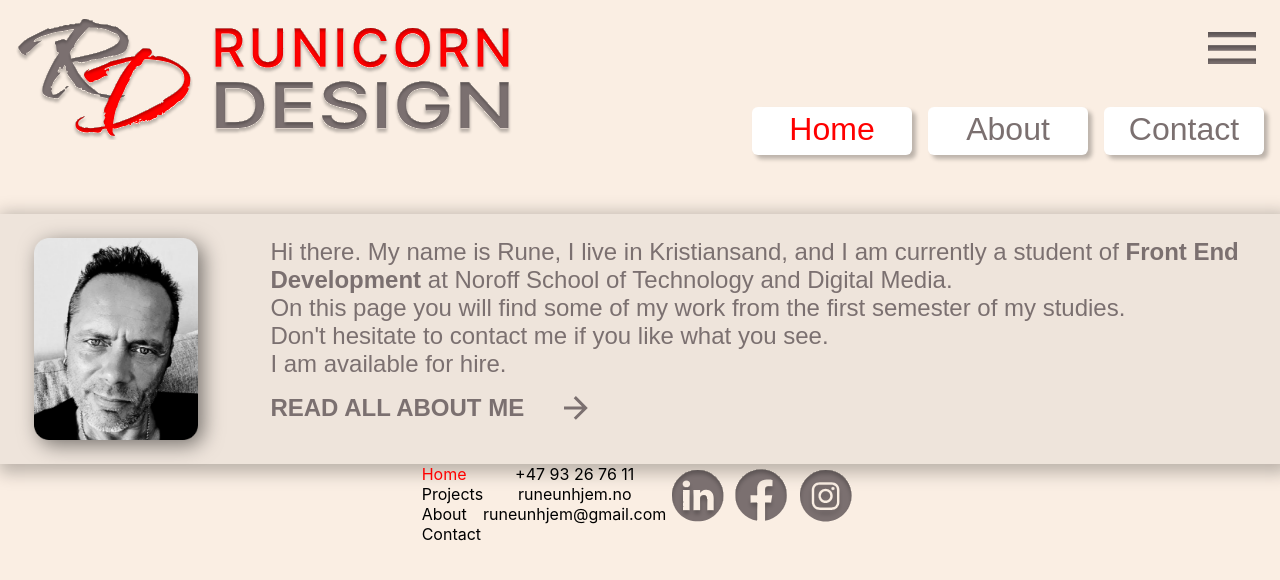
Repository: runeunhjem/portfolio1-ca
Page: index.html
These files come from the project's save history. The page is drawn as it stood at one moment and after the next save; the edit follows.
The browser window is 1280 px wide. The pictures show the whole page.
Some web fonts or font styles are not loaded; a fallback is used. The style sheet was rebuilt from its Sass, Less or Tailwind sources for each picture, by a compiler version that may differ from the author's.

Above is the page before, as saved 2023-06-01 10:52:59.

### index.html
<!DOCTYPE html>
<html lang="en">
<head>
  <meta charset="UTF-8">
  <meta http-equiv="X-UA-Compatible" content="IE=edge">
  <meta name="viewport" content="width=device-width, initial-scale=1.0">
  <meta name="keywords" content="Works, Projects, Overviev, About me, Rune Unhjem, Runicorn Design, Front End Developer">
  <meta name="description" content="Portfolio 1, Course Assignment, My Work, Projects">
  <link rel="stylesheet" href="css/styles.css">
  <link rel="stylesheet" href="css/media-queries.css">
  <title>Portfolio 1 - Course Assignment</title>
</head>
<body class="flex-column">
  <header class="header flex">
    <div class="header-left flex">
      <a class="logos-left flex" href="index.html">
        <span class="out-of-view">Runicorn Design</span>
        <!-- <img class="header-img" src="images/logo-header-rd.svg" alt="Runicorn Design Logo">
        <img class="header-img" src="images/logo-header-runicorn-design.svg" alt="Runicorn Design Logo"> -->
      </a>
    </div>
    <div class="header-right flex-column">
      <nav class="hamburger flex">
        <!-- <img src="images/ico-menu-dark.svg" alt="Hamburger Menu"> -->
      </nav>
      <nav class="navbar flex">
        <button class="nav-button active">Home</button>
        <button class="nav-button">About</button>
        <button class="nav-button">Contact</button>
      </nav>
    </div>
  </header>
  <main class="index flex-column">
    <section class="intro flex">
      <div class="intro-left flex"></div>
      <div class="intro-right flex-column">
        <p>Hi there. My name is Rune, I live in Kristiansand, and I am currently a student of <b>Front End Development</b> at Noroff School of Technology and Digital Media.</p>
        <p class="desktop tablet">On this page you will find some of my work from the first semester of my studies.</p>
        <p class="desktop tablet-wide">Don't hesitate to contact me if you like what you see.</p>
        <p class="desktop tablet-wide">I am available for hire.</p>
        <div>
          <span class="read-about-me">READ ALL ABOUT ME
            <img class="arrow-big" src="images/ico-arrow-right-dark.svg" alt="Read all about me">
          </span>
        </div>
      </div>
    </section>
  </main>
  <footer class="footer-container flex">
    <div class="footer-left flex-column">
      <nav class="footer-nav" aria-label="Footer navigation">
        <ul>
          <li class=" menu-item flex">
            <a class="link-reset active" href="index.html">Home</a>
          </li>
          <li class=" menu-item flex">
            <a class="link-reset" href="projects.html">Projects</a>
          </li>
          <li class=" menu-item flex">
            <a class="link-reset" href="about.html">About</a>
          </li>
          <li class=" menu-item flex">
            <a class="link-reset" href="contact.html">Contact</a>
          </li>
        </ul>
      </nav>
    </div>
    <div class="footer-center flex-column">
      <p><a class="link-reset" href="tel:+4793267611">+47 93 26 76 11</a></p>
      <p><a class="link-reset" href="https://www.runeunhjem.no">runeunhjem.no</a></p>
      <p><a class="link-reset" href="mailto:runeunhjem@gmail.com">runeunhjem@gmail.com</a></p>
    </div>
    <div class="social flex">
      <a class="link-reset" href="https://www.linkedin.com/in/runeunhjem/" target="_blank">
        <img class="social-icon" src="images/ico-linkedin.svg" alt="LinkedIn">
      </a>
      <a class="link-reset" href="https://www.facebook.com/rune.unhjem" target="_blank">
        <img class="social-icon" src="images/ico-facebook.svg" alt="Facebook">
      </a>
      <a class="link-reset" href="https://www.instagram.com/runeunhjem/" target="_blank">
        <img class="social-icon" src="images/ico-instagram.svg" alt="Instagram">
      </a>
    </div>
    <div class="footer-right flex">
      <div class="footer-logo flex"></div>
    </div>
  </footer>
</body>
</html>

### css/styles.scss
@import url('https://fonts.googleapis.com/css2?family=KoHo:ital,wght@0,400;0,500;0,700;1,600&display=swap');

:root {
  --border-radius-6px: 6px;
  --border-radius-12px: 12px;
  --box-shadow-buttons: 4px 4px 4px rgba(0, 0, 0, 0.25);
  --box-shadow-buttons-hover: 2px 2px 14px 4px rgba(0, 0, 0, 0.25);
  --box-shadow-card: 5px 5px 14px 4px rgba(0, 0, 0, 0.25);
  --box-shadow-intro: 4px 4px 16px 5px rgba(0, 0, 0, 0.25);

  --color-logo-dark: #7B7070;
  --color-icons: #7B7070;
  --color-active: #FF0000;
  --color-text-dark: #7B7070;
  --color-text-light: #FFFFFF;

  --color-bg-body: #FAEEE3;
  --color-bg-intro: rgba(185, 185, 185, 0.19);
  --color-bg-card-gamehub: #F8EEC9;
  --color-bg-card-cms: #F8EEC9;
  --color-bg-card-chefstable: #F8EEC9;
  --color-bg-button-hover: #fadddd;

  --color-red: #FF0000;
  --color-white: #FFFFFF;
  --color-black: #000000;
  --color-dark-beige: #7B7070;
  --color-yellow-gamehub: #F5C618;

  --font-family-koho: 'KoHo', sans-serif;
  --font-family-inter: 'Inter', sans-serif;
}

* {
  box-sizing: border-box;
  margin: 0;
  padding: 0;
}

.out-of-view {
  position: absolute;
  top: -9999px;
  left: -9999px;
  color: #000000;
}
.link-reset {
  text-decoration: none;
  color: inherit;
}

body {
  font-family: var(--font-family-inter);
  background-color: var(--color-bg-body);
  padding: 1em;
}

.flex {
  display: flex;
  flex-wrap: wrap;
  justify-content: space-between;
  align-items: flex-start;
  max-width: 1600px;
}

.flex-column {
  display: flex;
  flex-direction: column;
  justify-content: flex-start;
  align-items: center;
}


.header {
  width: 100%;
  height: 150px;
  }

 .header-left {
  width: 40%;
  height: 100%;
  // max-width: 50%;
  background-image: url(../images/logo-header-full.svg);
  background-repeat: no-repeat;
  background-size: contain;
}

.logos-left {
  flex-wrap: nowrap;
  max-width: 100%;
}

.header-img {
  height: 100%;
  max-width: 100%;
}

.header-right {
  position: relative;
  max-width: 100%;
  width: 60%;
  align-items: flex-end;
  justify-content: flex-start;
  height: 100%;
}

.navbar, .hamburger {
  height: 50%;
}

.hamburger {
  justify-content: flex-start;
  align-items: flex-end;
  width: 64px;
  height: 64px;
  max-height: 100%;
  background-image: url(../images/ico-menu-dark.svg);
  background-repeat: no-repeat;
  background-size: contain;
  // position: relative;
  // top: -15px;
}

.navbar {
  gap: 1em;
  align-items: flex-end;
  flex-wrap: nowrap;
  justify-content: space-between;
}

.nav-button {
  width: 160px;
  height: 48px;
  max-width: 100%;
  padding-bottom: 4px;
  background-color: var(--color-white);
  box-shadow: var(--box-shadow-buttons);
  font-family: var(--font-family-koho);
  font-weight: 500;
  color: var(--color-text-dark);
  border-radius: var(--border-radius-6px);
  border: none;
  font-size: 2rem;
  &:hover {
    cursor: pointer;
    // box-shadow: var(--box-shadow-buttons-hover);
    box-shadow: inset 0px 0px 5px rgba(0, 0, 0, 0.25);
    // background-color: var(--color-bg-button-hover);
    color: var(--color-black);
    font-size: 1.95rem;
  }
}

.active {
  color: var(--color-active);
  &:hover {
    color: var(--color-text-dark);
    background-color: var(--color-white);
    cursor: default;
  }
}

.intro {
  width: 100vw;
  height: 250px;
  align-items: flex-start;
  background-color: var(--color-bg-intro);
  color: var(--color-text-dark);
  margin-top: 2em;
  padding: 1em;
  font-family: var(--font-family-koho);
  font-size: 1.5rem;
  box-shadow: var(--box-shadow-intro);
}

.intro-left {
  height: 100%;
  width: 15%;
  // max-width: 50%;
  background-position: top center;
  background-image: url(../images/image-rune-bw.png);
  background-repeat: no-repeat;
  background-size: contain;
  border-radius: var(--border-radius-12px);
  filter: drop-shadow(5px 5px 10px rgba(0, 0, 0, 0.5));
}

.intro-right {
  height: 100%;
  width: 80%;
  align-items: flex-start;
  p {
    width: 100%;
  }
}

.read-about-me {
  display: flex;
  justify-content: flex-start;
  flex-wrap: nowrap;
  align-items: center;
  font-weight: 600;
  width: 100%;
  margin-top: 0.5em;
}

.arrow-big {
  margin-left: 1em;
  max-height: 70%;
  align-items: center;
  height: 36px;
  animation: nudge-animation 2s infinite alternate;
  // animation: nudge-animation 5s infinite;
}

@keyframes nudge-animation {
  0%, 100% {
    transform: translateX(0);
  }
  16.67%, 50%, 83.33% {
    transform: translateX(10px);
  }
}

### css/media-queries.scss
@media (max-width: 1080px) {
  .tablet-wide {
    display: none;
  }
  .arrow-big {
    height: 32px;
  }
}

@media (max-width: 768px) {
  .tablet {
    display: none;
  }
  .intro {
    margin-top: 1.2em;
  }
  .intro-left {
    width: 35%;
  }
  .intro-right {
    width: 65%;
    padding-left: 10px;
    font-size: 1.4rem;
  }
}

@media (max-width: 600px) {
  .header-left {
    background-image: url(../images/logo-footer-rd-with-text.svg);
  }
  // .tablet {
  //   display: flex;
  // }
  .navbar {
    display: none;
  }
  .intro-left {
    width: 30%;
  }
  .intro-right {
    width: 70%;
    padding-left: 15px;
    font-size: 1.2rem;
  }
}
@media (max-width: 500px) {
  .intro {
    margin-top: 0.2em;
  }
}

@media (max-width: 450px) {
  .intro {
    margin-top: 0;
  }
  .intro-left {
    width: 40%;
  }
  .intro-right {
    width: 60%;
    padding-left: 12px;
    font-size: 0.9rem;
  }
  .arrow-big {
    height: 24px;
  }
}

@media (max-width: 400px) {
  .header {
    height: 120px;
  }
}

@media (max-width: 360px) {
  .header {
    height: 100px;
  }
}

After the next save:
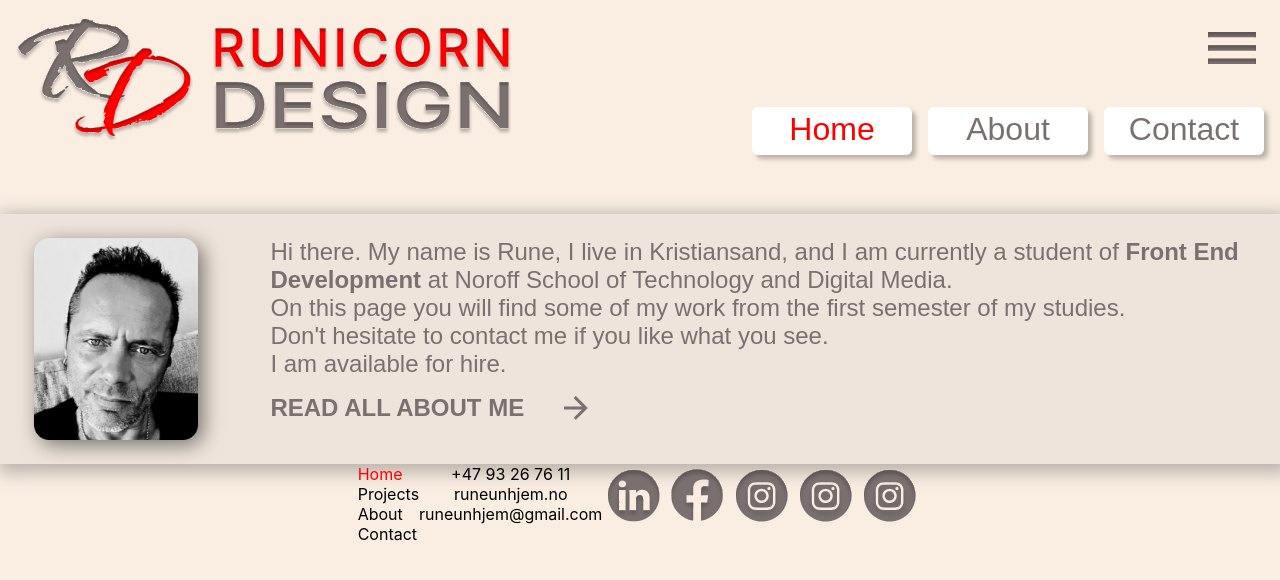
Saved 27 s later.
--- a/index.html
+++ b/index.html
@@ -80,6 +80,12 @@
       <a class="link-reset" href="https://www.instagram.com/runeunhjem/" target="_blank">
         <img class="social-icon" src="images/ico-instagram.svg" alt="Instagram">
       </a>
+      <a class="link-reset" href="https://www.instagram.com/runeunhjem/" target="_blank">
+        <img class="social-icon" src="images/ico-instagram.svg" alt="Instagram">
+      </a>
+      <a class="link-reset" href="https://www.instagram.com/runeunhjem/" target="_blank">
+        <img class="social-icon" src="images/ico-instagram.svg" alt="Instagram">
+      </a>
     </div>
     <div class="footer-right flex">
       <div class="footer-logo flex"></div>
